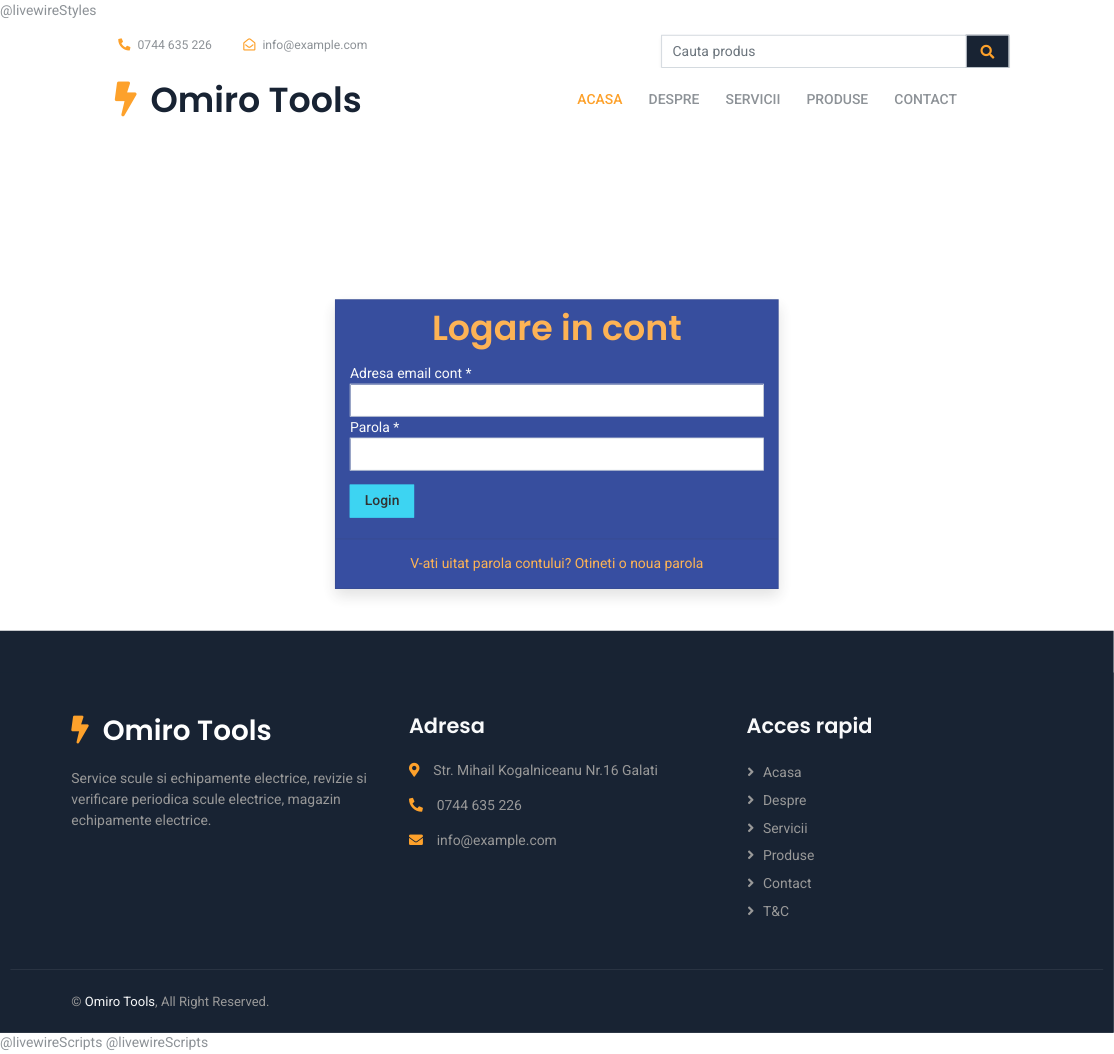
Repository: sorina0109/laravel_test
Page: http://localhost/login
The author's editor kept a copy of each file at every save. The page is drawn from the files as they stood at one save, then again after the next save.
The browser window is 1280 px wide. The pictures show the whole page, at 87% of full size.
Some web libraries are served in a nearby version. The page is served by the project's Laravel application, run on PHP 8.4 with Laravel 10.

Above is the page before, as saved 2023-08-15 15:39:25.

After the next save:
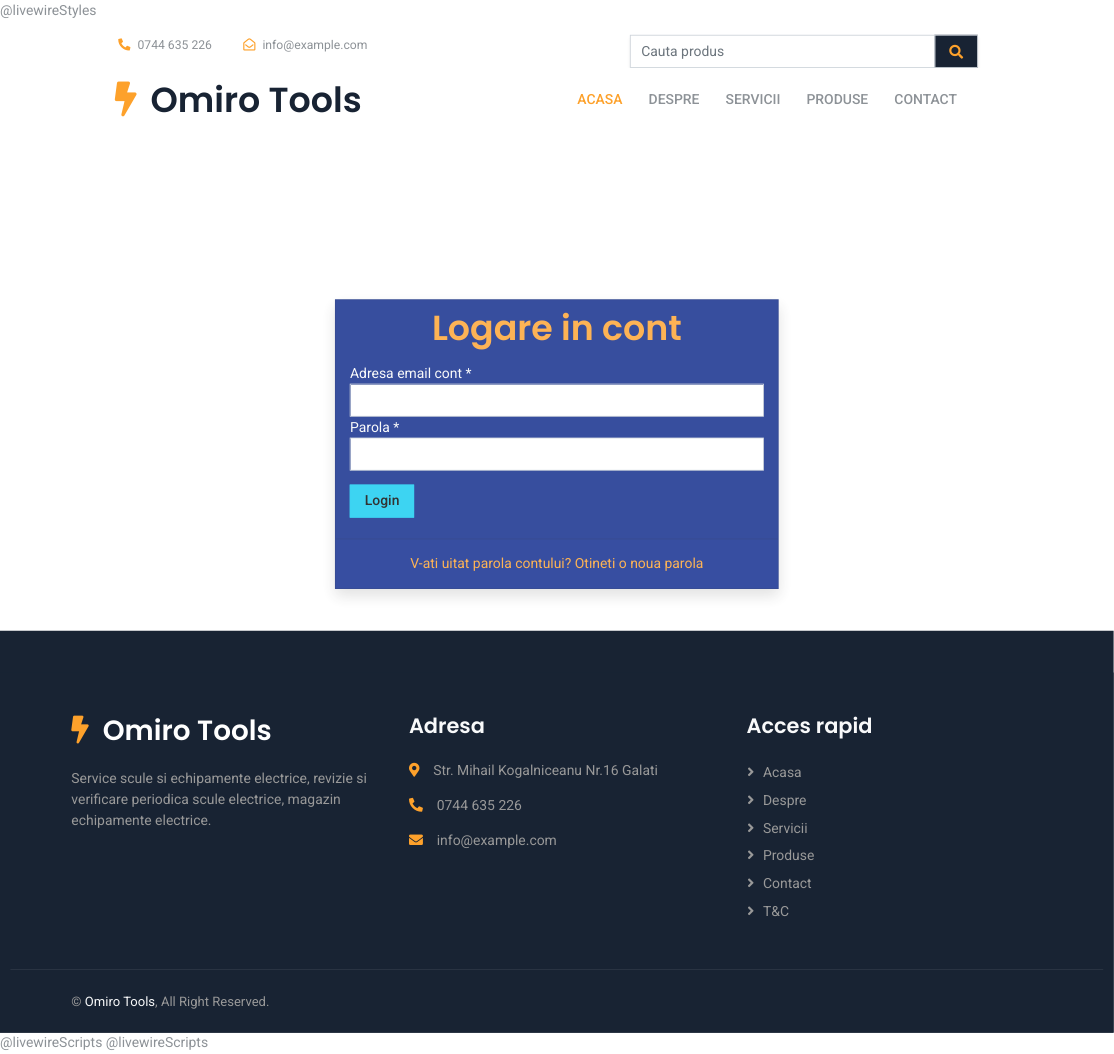
Saved 14 s later.
--- a/resources/views/front/partials/topbar.blade.php
+++ b/resources/views/front/partials/topbar.blade.php
@@ -15,7 +15,7 @@
                 <small>Luni - Vineri : 08.30 - 17.30</small>
             </div>
         </div>
-        <div class="col-lg-6 d-none d-lg-block text-end px-5 pt-3" >
+        <div class="col-lg-6 d-none d-lg-block text-center px-5 pt-3" >
             <form style="display: inline-block;" action="{{ route('search') }}" method="GET" id="search-bar">
                 <div class="input-group shadow-sm" style="width: 400px;">
                     <input name="search_product" type="text" class="form-control " placeholder="Cauta produs" >
